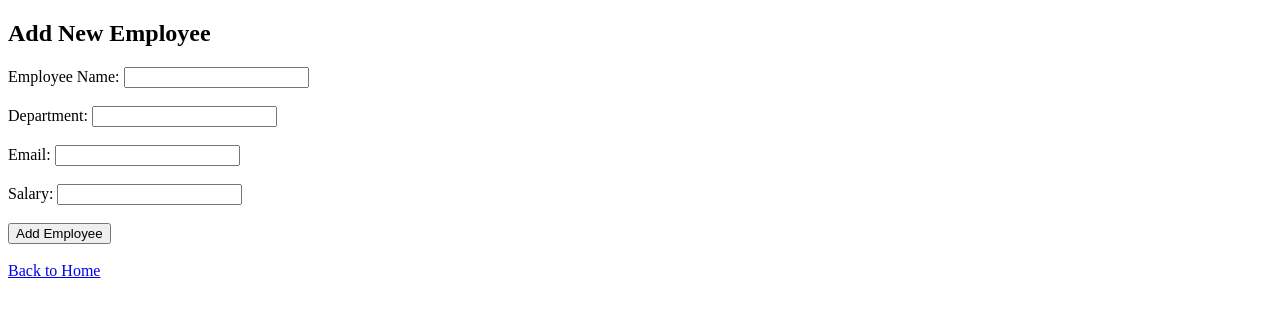
Repository: ashwinii19/Core-Java-Learning
Page: http://localhost/Employee_Management_System/create.jsp
These files come from the project's save history. The page is drawn as it stood at one moment and after the next save; the edit follows.
The browser window is 1280 px wide. The pictures show the whole page.
The page is served by Tomcat 9.

Above is the page before, as saved 2025-08-24 06:16:31.

After the next save:
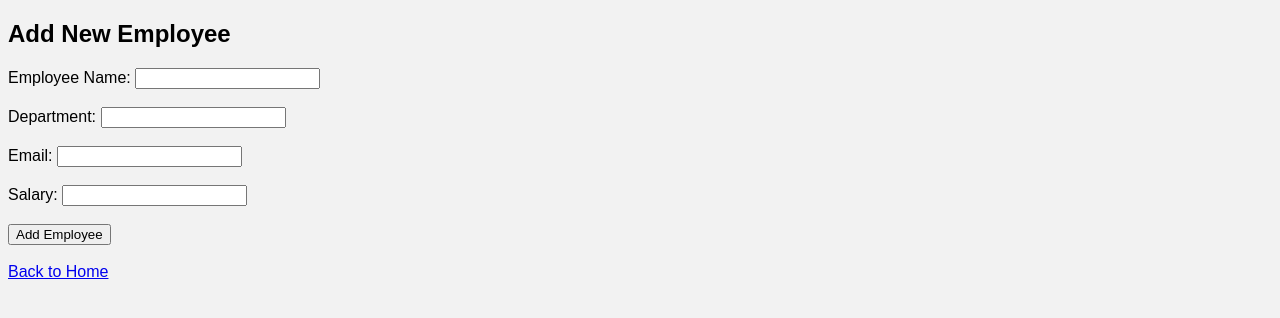
Saved 19 s later.
--- a/Employee Management System/src/main/webapp/create.jsp
+++ b/Employee Management System/src/main/webapp/create.jsp
@@ -7,6 +7,13 @@
 <head>
 <meta charset="ISO-8859-1">
 <title>Create Employee</title>
+ <style>
+    body {
+      background-color: #f2f2f2;
+      color: #000;
+      font-family: Arial, sans-serif;
+    }
+  </style>
 </head>
 <body>
 	 <h2>Add New Employee</h2>
@@ -34,6 +41,7 @@
     <br>
     <a href="index.jsp">Back to Home</a>
 
+
     <%
         String name = request.getParameter("name");
         String dept = request.getParameter("department");
